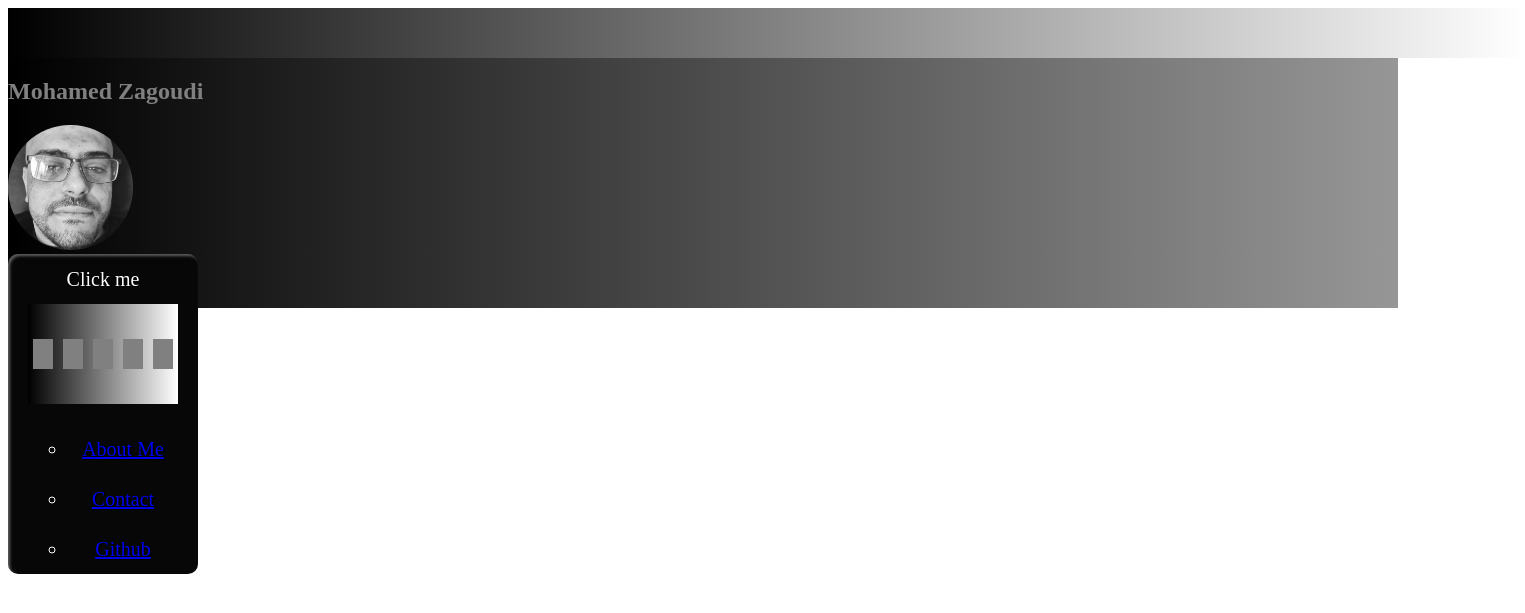
Repository: Mohzagou/Eersteportofolio
Page: index.html
An editor plug-in stored every save of this project. The page is shown before and after the next save, followed by the edit.
The browser window is 1280 px wide. The page is 1525 px wide, so the pictures cover 1525 px, including what lies to the right of the window. The pictures show the whole page.

Above is the page before, as saved 2022-06-08 00:07:10.

After the next save:
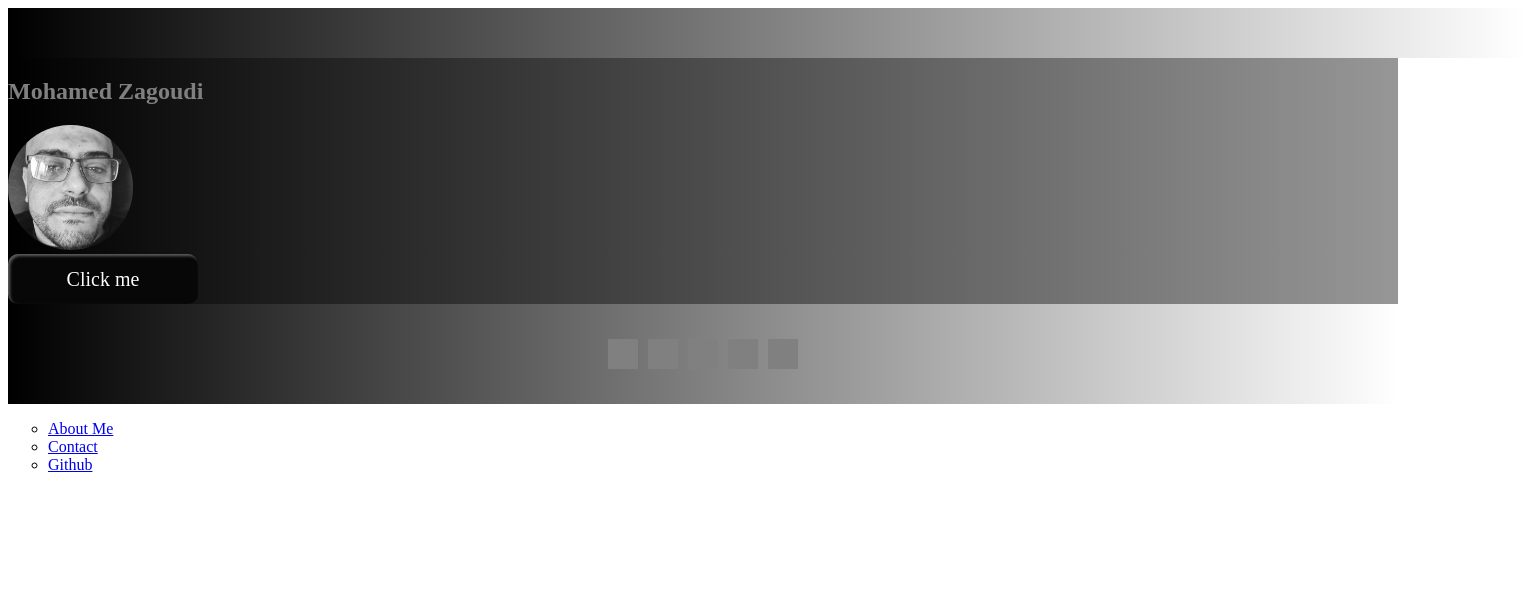
Saved 53 s later.
--- a/index.html
+++ b/index.html
@@ -15,8 +15,9 @@
         <h2 id="name">Mohamed Zagoudi</h2>
         <img class="avatar" src="images/67gwzvy.jpeg" alt="Mohamed Zagoudi headshot" />
 
-        <div class="button">Click me</button>
+        <div class="button">Click me</div>
 
+        <div>
 
             <section>
                 <div class="test"></div>
